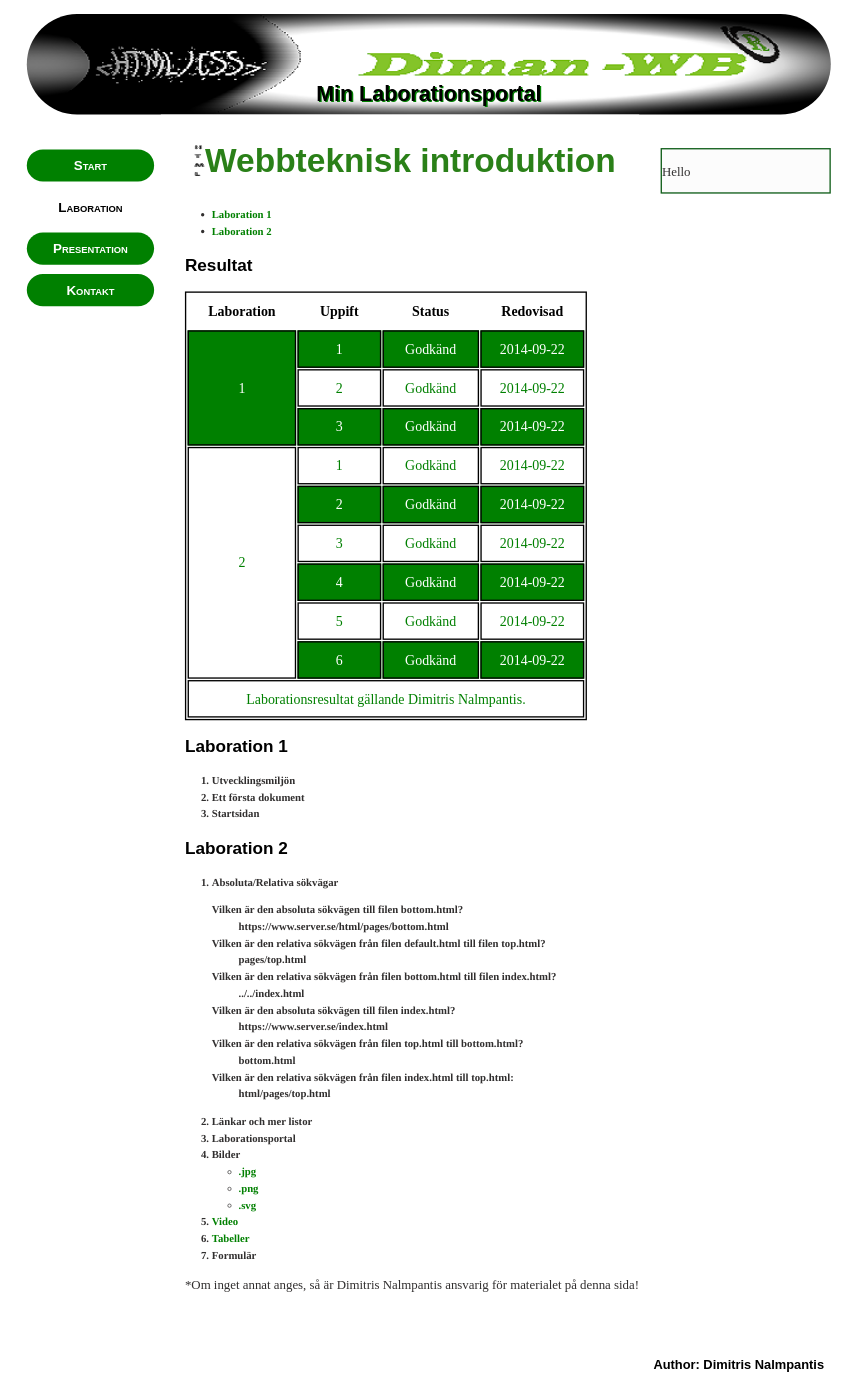
Repository: dn222em/1ik415-laborationer
Page: pages/laborationer.html
The author's editor kept a record of every edit. The page is drawn from the files as they stood at one moment, then again after the next edit.
The browser window is 1280 px wide. The pictures show the whole page, at 67% of full size.

Above is the page before.

### pages/laborationer.html
<!doctype html>
<html lang="sv">
	<head>
		<meta charset="utf-8" />
			<title>Laborationer</title>
				<link rel="stylesheet" href="../CSS/style.css"/>
	</head>
		<body>
<div id="container">
	<div id="top">

		<h1 id="title">Min Laborationsportal</h1>
	</div>

	<div id="navigation">
		<ul class="menu">
			<li><a href="../index.html">Start</a></li>
			<li><a href="../pages/laborationer.html" id="active">Laboration</a></li>
			<li><a href="../pages/Presentation.html">Presentation</a></li>
			<li><a href="../pages/Kontakt.html">Kontakt</a></li>
		</ul>
	</div>
	<div id="content">
				<h2 class="minilogo">Webbteknisk introduktion</h2>

	    			<ul>
	    			    <li><a href="#one">Laboration 1</a></li>
	    			    <li><a href="#two">Laboration 2</a></li>
	    			</ul>
				<h3><a id="tabell-1">Resultat</a></h3>
	    			<table class="tables">
	    			<thead>
	    				<tr>
	    					<th>Laboration</th>
	    					<th>Uppift</th>
	    					<th>Status</th>
	    					<th>Redovisad</th>
	    				</tr>
					</thead>
					<tfoot>
	    				<tr class="doubbel">
	    					<td colspan="4">
	    						Laborationsresultat gällande Dimitris Nalmpantis.
	    					</td>
	    				</tr>
	    			</tfoot>
	    			<tbody>
	    				<tr class="single">
	    					<td rowspan="3"> 1 </td>
	    					<td>1</td>
	    					<td>Godkänd</td>
	    					<td>2014-09-22</td>
	    				</tr>
	    				<tr class="doubbel">
	    					<td>2</td>
	    					<td>Godkänd</td>
	    					<td>2014-09-22</td>
	    				</tr>
	    				<tr class="single">
	    					<td>3</td>
	    					<td>Godkänd</td>
	    					<td>2014-09-22</td>
	    				</tr>
	    				<tr class="doubbel">
	    					<td rowspan="6"> 2</td>
	    					<td>1</td>
	    					<td>Godkänd</td>
	    					<td>2014-09-22</td>
	    				</tr>
						<tr class="single">
	    					<td>2</td>
	    					<td>Godkänd</td>
	    					<td>2014-09-22</td>
	    				</tr>
						<tr class="doubbel">
	    					<td>3</td>
	    					<td>Godkänd</td>
						<td>2014-09-22</td>
	    				</tr>
						<tr class="single">
	    					<td>4</td>
	    					<td>Godkänd</td>
						<td>2014-09-22</td>
	    				</tr>
						<tr class="doubbel">
	    					<td>5</td>
	    					<td>Godkänd</td>
							<td>2014-09-22</td>
	    				</tr>
						<tr class="single">
	    					<td>6</td>
	    					<td>Godkänd</td>
	    					<td>2014-09-22</td>
	    				</tr>
					</tbody>
	    			</table>
	    	<h3> <a id="one">Laboration 1</a></h3>

	    	        <ol>
	    	        	<li>Utvecklingsmiljön</li>
	    	        	<li>Ett första dokument</li>
	    	        	<li>Startsidan</li>
	    	        </ol>

	    	<h3> <a id="two">Laboration 2</a></h3>

	    	       	<ol>
						<li>Absoluta/Relativa sökvägar
							<dl>
							<dt> Vilken är den absoluta sökvägen till filen bottom.html?</dt>
								<dd>https://www.server.se/html/pages/bottom.html</dd>
							<dt>Vilken är den relativa sökvägen från filen default.html till filen top.html?</dt>
								<dd>pages/top.html</dd>
							<dt>Vilken är den relativa sökvägen från filen bottom.html till filen index.html?</dt>
								<dd>../../index.html</dd>
							<dt>Vilken är den absoluta sökvägen till filen index.html?</dt>
								<dd>https://www.server.se/index.html</dd>
							<dt>Vilken är den relativa sökvägen från filen top.html till bottom.html?</dt>
								<dd>bottom.html</dd>
							<dt>Vilken är den relativa sökvägen från filen index.html till top.html:</dt>
								<dd>html/pages/top.html</dd>
							</dl>
						<li>Länkar och mer listor</li>
						<li>Laborationsportal</li>
						<li>Bilder
							<ul>
								<li><a href="Presentation.html#bild">.jpg</a></li>
								<li><a href="../index.html#logo">.png</a></li>
								<li><a href="../index.html#svg1">.svg</a></li>
							</ul>
						<li><a href="../index.html#animals">Video</a></li>
						<li><a href="#tabell-1">Tabeller</a></li>
						<li>Formulär</li>
	    	        </ol>

	    	<p>*Om inget annat anges, så är Dimitris Nalmpantis ansvarig för materialet på denna sida!</p>
	</div>

	<div id="sidebar">
		<p>Hello</p>
	</div>
	<div id="footer">
	    <h6>Author: Dimitris Nalmpantis</h6>
	</div>
</div>
	</body>
</html>

### CSS/style.css


/*CSS -Stylesheet
-----------------------------------------------------------------------------------------------------------*/


/*Layout
 Using: Two columns floating layout
Total width: 1200px
-----------------------------------------------------------------------------------------------------------*/
/*Container white (#FFFFF)
*Top -  green { #125F1B } --> Title( #2A8018)
*Navigation green
*Content - #FFFFF
*footer-white { #fff }
*Siderbar #fcfcfc (white.gray)

------------------------------------------------------------------*/
#container {
	max-width: 1200px;
	background-color:white;
	margin:0 auto;

}

/*Top
-------------------------------------------------------------------*/
#top {

	height: 150px;
	background-color: #125F1B;
	background: url('../pics/logo.png') no-repeat; background-size: 1200px 150px;
	border-radius:100px;
}

#title {
	font-family: "arial", "helvetica", "serif";
	color: black;
	font-size:2em;
	text-shadow: 2px 2px green;
	text-align:center;
	padding-top: 90px;
}

/*Navigation -Menu
-------------------------------------------------------------------*/
#navigation {
	margin-top: 1px;
	width: 200px;	height:auto;
	float: left;
	background-color:#FFF;
	padding:0px;
	padding-top:50px;

}

/*Content
-------------------------------------------------------------------*/
#content {
	background-color: #FFF;
	max-width: 710px;
	margin-bottom: 20px;
	float: left;
	padding:0px;
	padding-left:36px;

}

/*Sidebar
-------------------------------------------------------------------*/
#sidebar {
	background-color: #fcfcfc;
	font-family: "arial", "helvetica", "sans-serif"; color: white;
	border: 2px solid #125F1B;
	margin-top: 50px;
	width: 250px;
	float: right;
	padding:0px;


}

/*Footer
--------------------------------------------------------------------*/
#footer {
	clear:both;
	padding:10px;
	background-color:#fff;
	color:white;
	text-align:right;
	height:60px;

}

/*Menu attributes
------------------------------------------------------*/
.menu {
	float:left;
	font-family: "arial", "helvetica", "serif"; font-variant:small-caps;
	font-size: 20px; font-weight:bold;
	margin-top:1px;
	margin-left:0px;
	padding:0px;

}

.menu li {
	text-decoration:none;
	list-style-type:none;
	height: 62px; line-height: 48px;
	padding-top:0px;
	padding-left:0px;
	padding-right:0px;
	width: 190px;

}
.menu li a {
	display:block;
						/*border: solid 3px black;*/
	text-align:center;
	width: 190px;
						/*	border: inset yellow thick;*/
	border-radius:58px;
 background-color:green;
 color:white;

}

.menu li a:visited{ color:white; background-color:green;}

.menu li a:active{ background-color:white;	color:black;}

.menu li a:hover{ background-color:white;color:green;}

.menu li a:focus { background-color:black;	color:green;}

#active {
		background-color:white;	color:black;
}


/*End menu!
------------------------------------------------------------------------------*/

/*Sprites-Menu
------------------------------------------------------------------*/

/*#menu_pictures {
	float:left;
	margin-top:1px;

}
#menu_pictures a {

	display:block;
	background-image: url(pics/sprite.png);
	text-indent: -99999px;
	padding-bottom: 5px;

}

#menu_pictures li  {

	list-style-type:none;
	padding:0px;
	margin:0px;
	width:24px;
	height:24px;
	margin-bottom:20px;
}

#home { background-position: 0px -48px;} /*kom ihåg -första gäller x-led och andra y-led (uppe + och nere -) mellanrum mellan bilderna spelar roll*/
/*#home:hover { background-position: 0 0px;}

#labor { background-position: 0 -144px;}
#labor:hover { background-position: 0px -96px;}

#present { background-position: 0 -240px;}
#present:hover { background-position: 0 -192px;}

#cont { background-position: 0 -332px;}
#cont:hover { background-position: 0 -288px;}*/


/*Typografi
---------------------------------------------------------------------------------------------------------*/
/*Links
-------------------------------*/
a:link {color:green; text-decoration:none;}
a:visited {color:#CB29D5;} /*lila*/
a:hover{color:red;}
a:focus {color:blue;}
a:active{color:#29D17;} /*light-green*/

/*Headers
------------------------------*/
													/*body {font-family :"times", "georgia", "serif", "Lucida Sans Unicode", "Lucida Grande";
														line-height: 25px; color: #312F2F; font-size: 1.1em; width:674px;} ---->onödigt.Problem*/

h1, h2, h3, h4, h5, h6 {font-family: "arial", "tahoma", "helvetica", "san serif", "verdana";
font-weight:bold; color: #2A8018; line-height: 1.8em;  font-size: 1.8em;} /*tema-green*/

h2 {line-height: 28px;  font-size: 28px;}
h3 {line-height: 26px;  color:  black; font-size: 1.6em;}
h4 {line-height: 25px;  color:  black; font-size: 1.4em;}
h5 {line-height: 25px;  color:  black; font-size: 1.3em; text-transform:uppercase;}
h6 {line-height: 25px;  color:  black; font-size: 1.2em; font-weight:none;}

/*Body
-----------------------------*/
p {font-family : "Times New Roman", "times", "georgia", "serif", "Lucida Sans Unicode", "Lucida Grande";
			line-height: 25px; color: #312F2F; font-size: 1.2em; 	} /*grey-black*/

#content ol, ul{font-family: "arial", "tahoma", "helvetica", "san serif", "verdana";
			line-height: 25px; color: #4829D1; font-size: 1em;}

#content li, dl, dt  {font-family :"times", "georgia", "serif", "Lucida Sans Unicode", "Lucida Grande";
			line-height: 25px; color: #312F2F; font-size: 1em; font-weight:bold;}



/*Media
------------------------------*/
img { max-width:700px;}

video {max-width:700px;}


/*Form -  Contakt.
--------------------------------*/
.contakt_form {max-width:705px;
		padding-top:40px;
		line-height:2em;
		font-size: 1.3em;

}

.contakt_form label { text-align:right;}

.contakt_form input {background-color: #FFF0F0; font-size: 0.7em; margin-bottom:20px;}

.contakt_form option {width:80px; }

.contakt_form textarea {background-color: #FFF0F0; font-size: 0.9em; float:right; }

.zozo {background-color: rgb(240, 240, 240);
	height: 45px; line-height: 43px;
	text-align:center;
	margin-top:10px;
	border-radius:20%;
	font-size:0.8em;
}


/*Speciall typografi- classes
-----------------------------*/
#special {font-family:"sans-serif"; font-size: 40px; font-weight:bold;}

#ps {text-align:right; font-family:"arial", "tahoma", "helvetica", "san serif", "verdana";
			font-size: 0.8em; }


/*Speciall media - classes
-----------------------------*/
.sociall {width: 350px; height: 250px;
	  background-image: url("pics/social-networks.jpg");
	  background-repeat:no-repeat;
	  background-size: 350px; float: right;
			border:solid 8px green;}

#bild  {width: auto; height: auto;
		float: right;
		border:solid 8px green;
		margin-right:20px;
		max-width:100%;
		max-height:auto;}

.minilogo { background-image:url("pics/minilogob.jpg"); /*minilogo på första titeln*/
		background-repeat: no-repeat;/* repeat, repeat-x, repeat-y */
		background-position: top left; /* right, bottom, center ... */
		background-size: 40px 50px;
		text-indent: 30px;
		font-size: 50px;
		line-height:53px;}

.ram {border-style:double; background-color: rgb(194, 187, 187);
			margin:20px; border-width:8px; padding:20px; }

	.ram h3 {border-bottom:  3px solid black; padding:5px;}

		.right{width: 250px; height: 250px;
				 float: right;
					border:solid 2px olive;}



/*Speciall tabeller- classes
------------------------------*/

.tables {border:3px solid green; font-size:1.3em; line-height:50px; text-align:center;}

.tables, td {border:solid 2px black ; width: 600px; height:auto;}


.single{border:3px solid green;background-color: /*rgb(150, 224, 150)*/ green;color:white;}

.doubbel{ border:solid 3px green; background-color:/*rgb(240, 240, 240)*/ white;
	color: green;}




/* Print properties. sv- Skrivare
------------------------------------------------------------------------------------------------------*/

@media print{

    /*Layout
    ------------------------*/

#top {display:none;}

#navigation {display:none;}

#sidebar {display:none;}

#footer {display:none;}

#content {border:0; border-style:none; background-color:white;}

#content a:after {
    content: "("attr(href)")";} /*visar hela länken vid utskrift*/

.me {font-family: "arial", "tahoma", "helvetica", "san serif", "verdana";
        font-weight:bold; color: #2A8018; line-height: 1.5em;  font-size: 1.3em;
            float:right;}


/*End Layout
-----------------------------------------------*/


    /*Media
    -----------------------*/
video {display:none;}
img {border:0;}

/*End Media
----------------------------------------------*/



    /*Typografi
    -----------------------*/

h1, h2, h3, h4, h5, h6 {font-family: "arial", "tahoma", "helvetica", "san serif", "verdana";
        font-weight:bold; color: #2A8018; line-height: 1.5em;  font-size: 1.3em;}

p {font-family : "Times New Roman", "times", "georgia", "serif", "Lucida Sans Unicode", "Lucida Grande";
			line-height: 1.5em; color: #312F2F; font-size: 1.1em;} /*grey-black*/

#content ol, ul{font-family: "arial", "tahoma", "helvetica", "san serif", "verdana";
			line-height: 25px; color: #4829D1; font-size: 1em;}

#content li, dl, dt  {font-family :"times", "georgia", "serif", "Lucida Sans Unicode", "Lucida Grande";
			line-height: 1.5em; color: #312F2F; font-size: 1em;}

/*End Typografi
--------------------------------------------*/



	/*Speciall media - classes
    --------------------------*/
.sociall {border:none;}

#bild  {border:none;}

.ram {border-style:none; background-color: none;  }

.ram h3 {border:none;}

.right{ border:none;}

/*End speciall
---------------------------------------------*/


}    /*End Print*/

After the next edit:
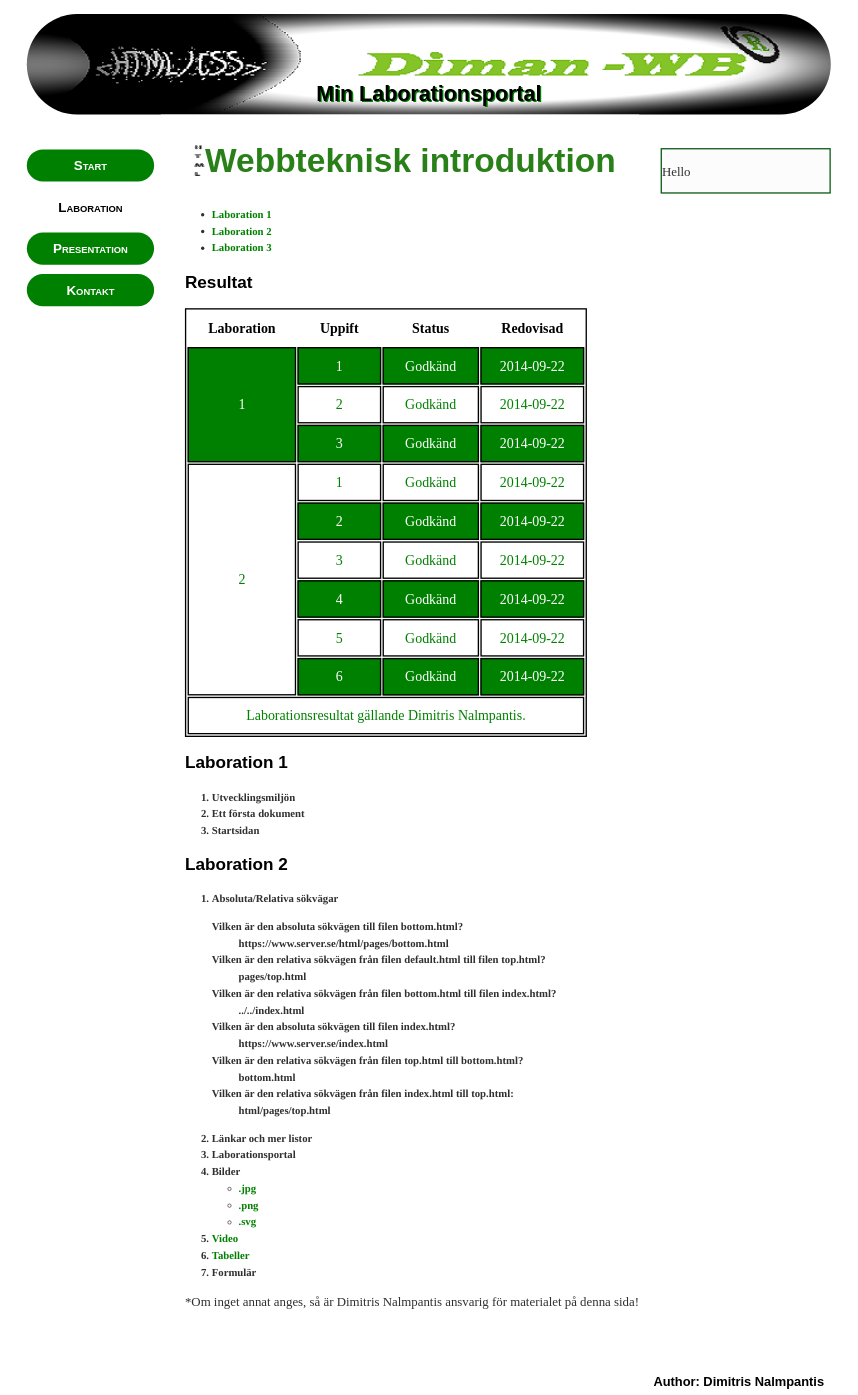
The edit:
--- a/pages/laborationer.html
+++ b/pages/laborationer.html
@@ -26,6 +26,7 @@
 	    			<ul>
 	    			    <li><a href="#one">Laboration 1</a></li>
 	    			    <li><a href="#two">Laboration 2</a></li>
+	    			    <li><a href="#three">Laboration 3</a></li>
 	    			</ul>
 				<h3><a id="tabell-1">Resultat</a></h3>
 	    			<table class="tables">
